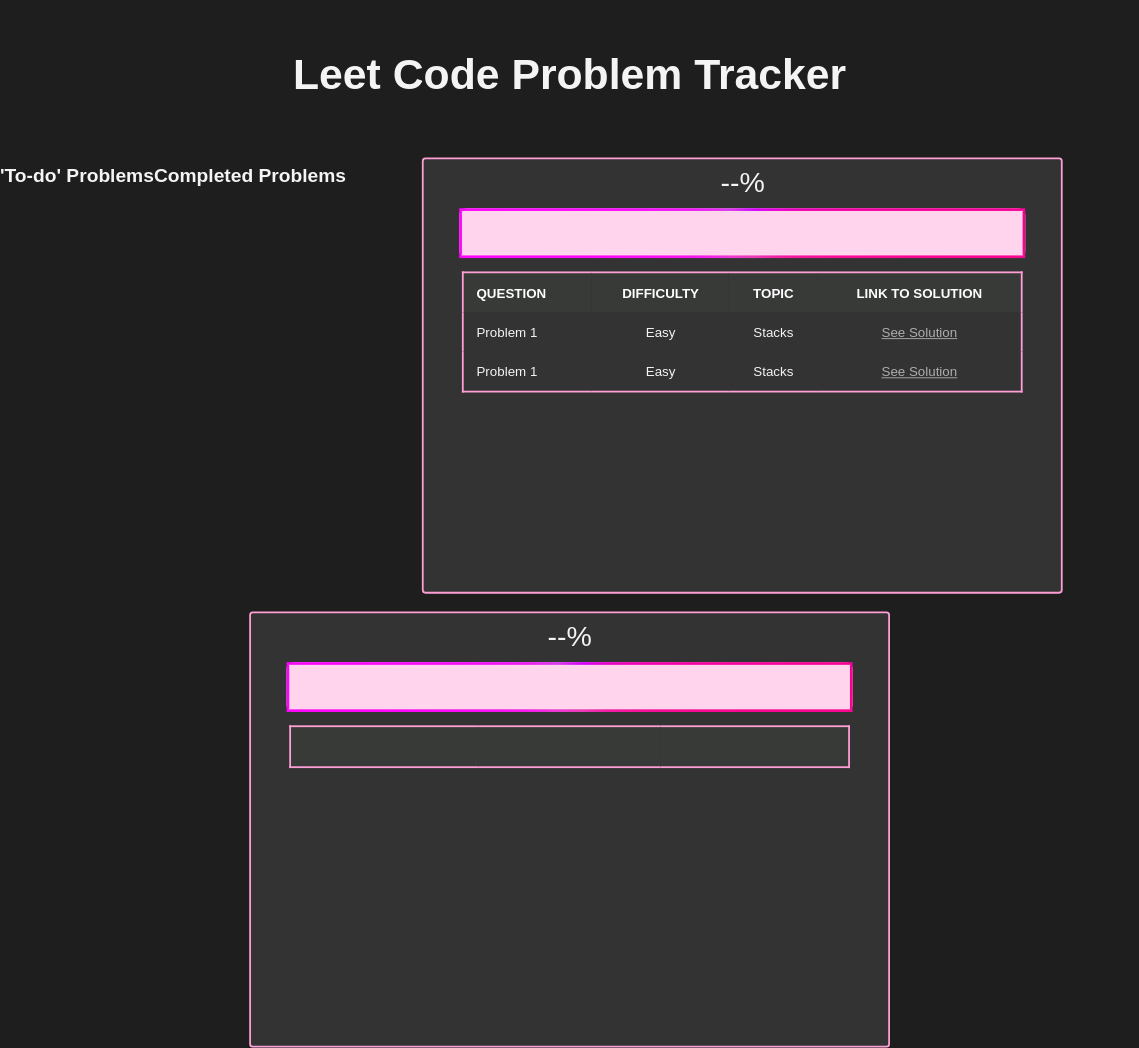
Repository: bbrockbrown/leet-code-tracker
Page: index.html
The author's editor kept a copy of each file at every save. The page is drawn from the files as they stood at one save, then again after the next save.
The browser window is 1280 px wide. The pictures show the whole page, at 89% of full size.

Above is the page before, as saved 2024-07-28 17:38:22.

### index.html
<!DOCTYPE html>
<html lang="en">
<head>
    <meta charset="UTF-8">
    <meta name="viewport" content="width=device-width, initial-scale=1.0">
    <link rel="stylesheet" href="styles.css">
    <script>src="script.js"</script>
    <title>Document</title>
</head>
<body>
    <div class="main">
        <h1 id="header">Leet Code Problem Tracker</h1>
    </div>

    <div class="tracking-container">
        <!-- Have some script grab random leet code problems daily -->
        <h2>'To-do' Problems</h2>
        <h2>Completed Problems</h2>
        <div class="todo-tracking">
            <div class="todo-percent">--%</div>
            <div class="progressbar" id="todo-bar"> <!--% Container for progressbar --> </div>
            <table>
                <tbody>
                    <tr>
                        <th>Question</th>
                        <th>Difficulty</th>
                        <th>Topic</th>
                        <th>Link to Solution</th>
                    </tr>

                    <tr>
                        <td>Problem 1</td>
                        <td class="easy-prob">Easy</td>
                        <td class="topic">Stacks</td>
                        <td class="solution"><a href="">See Solution</a></td>
                    </tr>

                    <tr>
                        <td>Problem 1</td>
                        <td class="easy-prob">Easy</td>
                        <td class="topic">Stacks</td>
                        <td class="solution"><a href="">See Solution</a></td>
                    </tr>
                </tbody>
            </table>
        </div>

        <!-- Brings to page with links to completed problems, area to write
         notes about how it was solved, topics used, etc-->
        <div class="completed-tracking">
            <div class="completed-percent">--%</div>
            <div class="progressbar" id="completed-bar"> <!--% Container for progressbar --> </div>
            <table>
                <tbody>
                    <tr>
                        <th></th>
                        <th></th>
                        <th></th>
                    </tr>
                </tbody>
            </table>
        </div>
    </div>

    <div class="footer">
        <!-- Placeholder!!! -->
    </div>
</body>
</html>

### styles.css
:root {
    --tracking-border-color: rgb(255, 159, 213);
}

@keyframes rotate {
	to {
		--angle: 360deg;
	}
}

@property --angle {
  syntax: '<angle>';
  initial-value: 0deg;
  inherits: false;
}

html, body {
    height: 100%;
    display: flex;
    flex-direction: column;
  }

head {
    display: none;
}

body {
    font-family: Arial, sans-serif;
    background: #1e1e1e;
    margin: 0;
    padding: 0;
    color: #f4f4f4;
    overflow: hidden;
    font-size: 90%;
}

.main {
    display: flex;
    flex-flow: column;
    justify-content: center;
    align-items: center;
    padding: 24px;
}

#header {
    font-size: 48px;
}

.tracking-titles {
    display: flex;
    padding: 8px;
    justify-content: space-around;
}

.tracking-container {
    display: flex;
    flex-flow: row wrap;
    align-items: flex-start;
    justify-content: space-evenly;
    height: 100%;
}

.todo-tracking, .completed-tracking {
    border: 2px solid var(--tracking-border-color);
    border-radius: 4px;
    font-size: 32px;
    text-align: center;
    box-shadow: 8px rgb(255, 159, 213, 0.8);
    height: 100%;
    width: 700px;
    padding: 8px;
    background-color: #333;
    margin: 10px auto;
    display: inline-block;
    max-width: 75%;
    max-height: 85%;
    overflow-y: auto;
    color: #f4f4f4;
}

.todo-tracking:hover, .completed-tracking:hover {
    filter: brightness(85%);
}

/* progress bar fills more as more complete */
.progressbar {
    width: 90%;
    height: 50px;
    border-radius: 8px;
    background-color: rgb(255, 212, 236);
    margin: 10px auto;
    --angle: 0deg;
    /* FOR FUTURE: make it so user can change border gradient */
    --very-pink: rgb(249, 0, 141);
    --pink: rgb(233, 58, 183);
    --pinkish-purple: rgb(233, 58, 210);
    --magenta: magenta;
    --purple: rgb(213, 58, 233);
    --very-purple: rgb(212, 0, 255);
	border: 3px solid;
	border-image: conic-gradient(from var(--angle), var(--very-pink), var(--pink), var(--pinkish-purple), var(--magenta), var(--purple), var(--very-purple), var(--very-pink)) 1;
	animation: 4s rotate linear infinite;
}

table {
    width: 90%;
    display: table;
    margin: 15px auto;
    border-collapse: collapse;
    transition: box-shadow 0.3s ease-in-out;
    border: 2px solid var(--tracking-border-color);
    border-radius: 10px;
    box-shadow: #1e1e1e;
}

tbody {
    display: table-row-group;
    vertical-align: middle;
    unicode-bidi: isolate;
    border-color: inherit;
    font-size: 15px;
}

tr {
    display: table-row;
    vertical-align: inherit;
    unicode-bidi: isolate;
    border-color: inherit;
}

th {
    color: white;
    text-transform: uppercase;
    background-color: #373a37;
}

th:first-child, td:first-child {
    text-align: left;
}

th, td {
    padding: 8px 14px;
    transition: background-color 0.5s;
    height: 28px;
    border: 0px;
    white-space: nowrap;
}

a {
    text-decoration:underline;
    color: inherit;
}

a:visited {
    color: rgb(173, 173, 173);
}

After the next save:
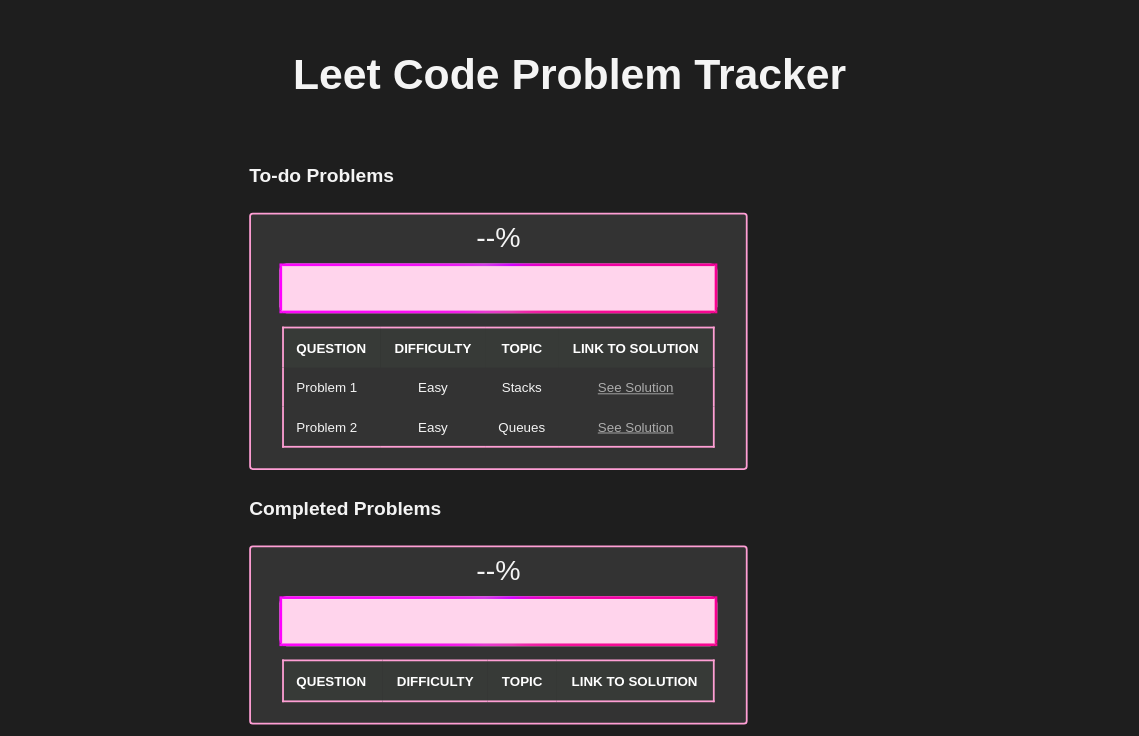
Saved 4 min 43 s later.
--- a/index.html
+++ b/index.html
@@ -13,52 +13,53 @@
     </div>
 
     <div class="tracking-container">
-        <!-- Have some script grab random leet code problems daily -->
-        <h2>'To-do' Problems</h2>
-        <h2>Completed Problems</h2>
-        <div class="todo-tracking">
-            <div class="todo-percent">--%</div>
-            <div class="progressbar" id="todo-bar"> <!--% Container for progressbar --> </div>
-            <table>
-                <tbody>
-                    <tr>
-                        <th>Question</th>
-                        <th>Difficulty</th>
-                        <th>Topic</th>
-                        <th>Link to Solution</th>
-                    </tr>
-
-                    <tr>
-                        <td>Problem 1</td>
-                        <td class="easy-prob">Easy</td>
-                        <td class="topic">Stacks</td>
-                        <td class="solution"><a href="">See Solution</a></td>
-                    </tr>
-
-                    <tr>
-                        <td>Problem 1</td>
-                        <td class="easy-prob">Easy</td>
-                        <td class="topic">Stacks</td>
-                        <td class="solution"><a href="">See Solution</a></td>
-                    </tr>
-                </tbody>
-            </table>
+        <div class="tracking-box">
+            <h2 class="tracking-title">To-do Problems</h2>
+            <div class="todo-tracking">
+                <div class="todo-percent">--%</div>
+                <div class="progressbar" id="todo-bar"> <!--% Container for progressbar --> </div>
+                <table>
+                    <tbody>
+                        <tr>
+                            <th>Question</th>
+                            <th>Difficulty</th>
+                            <th>Topic</th>
+                            <th>Link to Solution</th>
+                        </tr>
+                        <tr>
+                            <td>Problem 1</td>
+                            <td class="easy-prob">Easy</td>
+                            <td class="topic">Stacks</td>
+                            <td class="solution"><a href="">See Solution</a></td>
+                        </tr>
+                        <tr>
+                            <td>Problem 2</td>
+                            <td class="easy-prob">Easy</td>
+                            <td class="topic">Queues</td>
+                            <td class="solution"><a href="">See Solution</a></td>
+                        </tr>
+                    </tbody>
+                </table>
+            </div>
         </div>
 
-        <!-- Brings to page with links to completed problems, area to write
-         notes about how it was solved, topics used, etc-->
-        <div class="completed-tracking">
-            <div class="completed-percent">--%</div>
-            <div class="progressbar" id="completed-bar"> <!--% Container for progressbar --> </div>
-            <table>
-                <tbody>
-                    <tr>
-                        <th></th>
-                        <th></th>
-                        <th></th>
-                    </tr>
-                </tbody>
-            </table>
+        <div class="tracking-box">
+            <h2 class="tracking-title">Completed Problems</h2>
+            <div class="completed-tracking">
+                <div class="completed-percent">--%</div>
+                <div class="progressbar" id="completed-bar"> <!--% Container for progressbar --> </div>
+                <table>
+                    <tbody>
+                        <tr>
+                            <th>Question</th>
+                            <th>Difficulty</th>
+                            <th>Topic</th>
+                            <th>Link to Solution</th>
+                        </tr>
+                        <!-- Completed problems rows go here -->
+                    </tbody>
+                </table>
+            </div>
         </div>
     </div>
 
